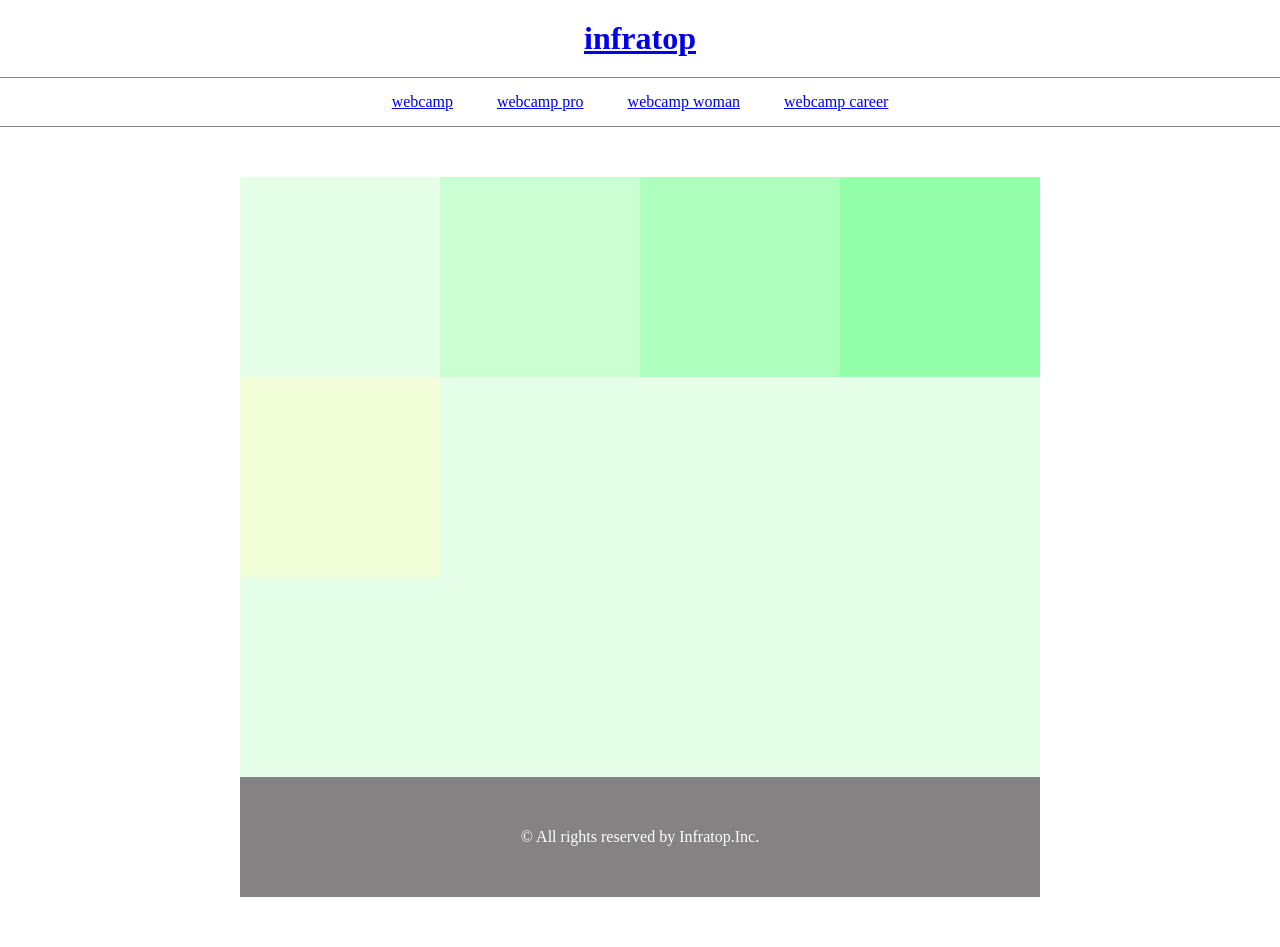
Repository: Tyubyasa/abc
Page: chapter5_exercise/chapter5.html
The author's editor kept a record of every edit. The page is drawn from the files as they stood at one moment, then again after the next edit.
The browser window is 1280 px wide. The pictures show the whole page.

Above is the page before.

After the next edit:
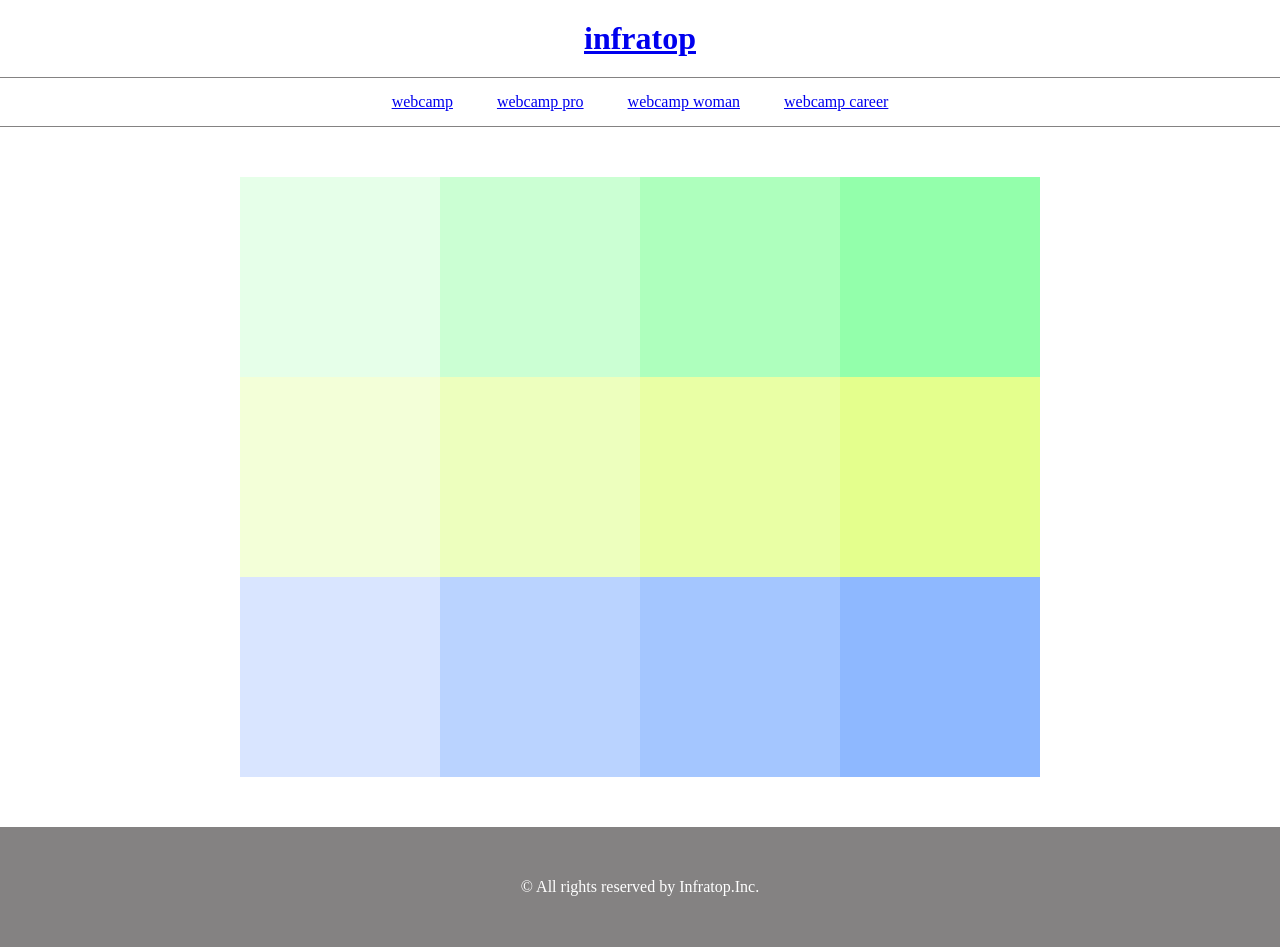
The edit:
--- a/chapter5_exercise/chapter5.html
+++ b/chapter5_exercise/chapter5.html
@@ -51,13 +51,14 @@
       <div class="box3"></div>
       <div class="box4"></div>
       <div class="box5"></div>
-      <div class="box1"></div>
-      <div class="box1"></div>
-      <div class="box1"></div>
-      <div class="box1"></div>
-      <div class="box1"></div>
-      <div class="box1"></div>
-      <div class="box1"></div>
+      <div class="box6"></div>
+      <div class="box7"></div>
+      <div class="box8"></div>
+      <div class="box9"></div>
+      <div class="box10"></div>
+      <div class="box11"></div>
+      <div class="box12"></div>
+      </div>
 
     <!-- footer -->
     <footer>
